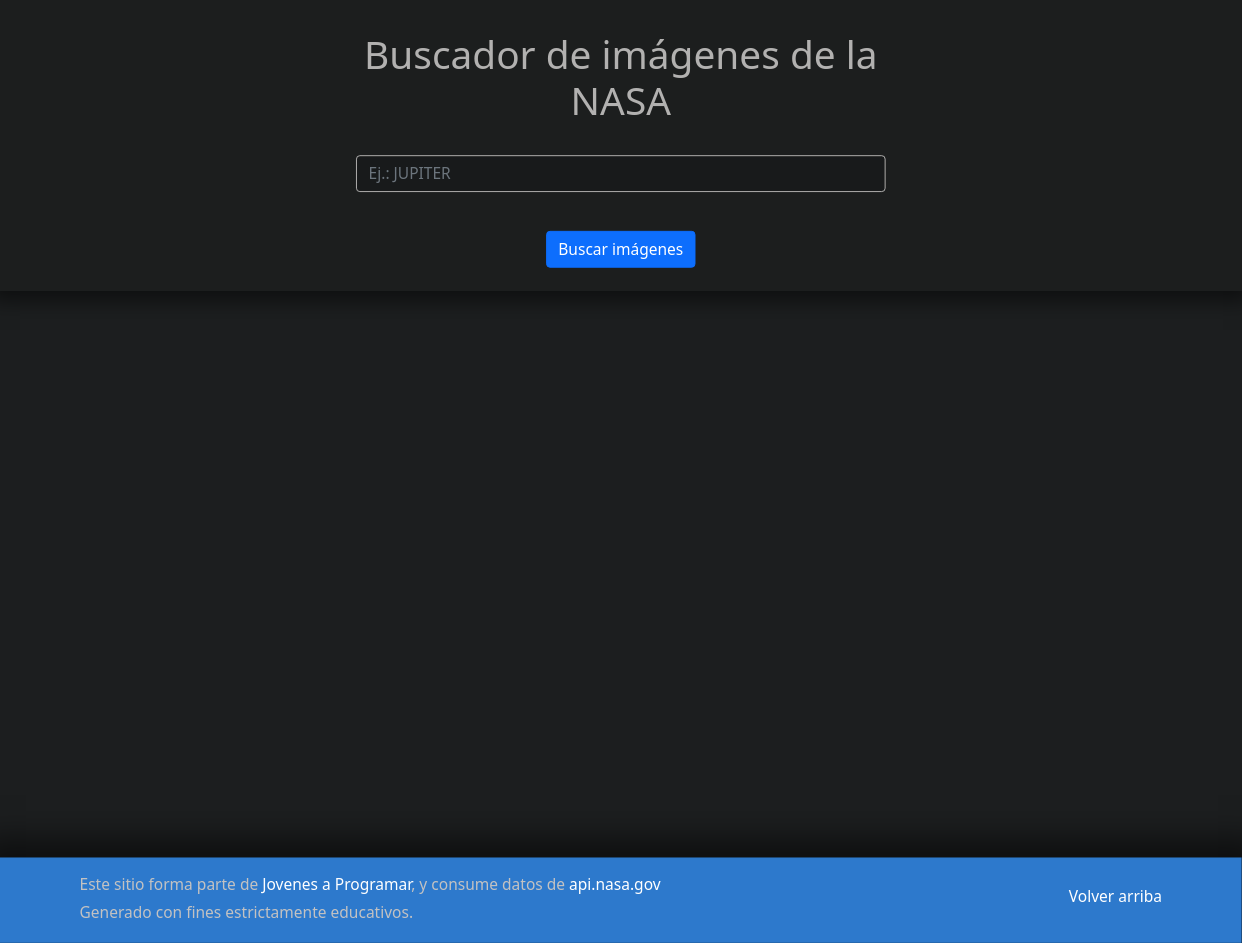
Repository: romancegirl/galaxies
Page: index.html
These files come from the project's save history. The page is drawn as it stood at one moment and after the next save; the edit follows.
The browser window is 1280 px wide. The pictures show the whole page, at 97% of full size.

Above is the page before, as saved 2024-11-30 04:49:12.

After the next save:
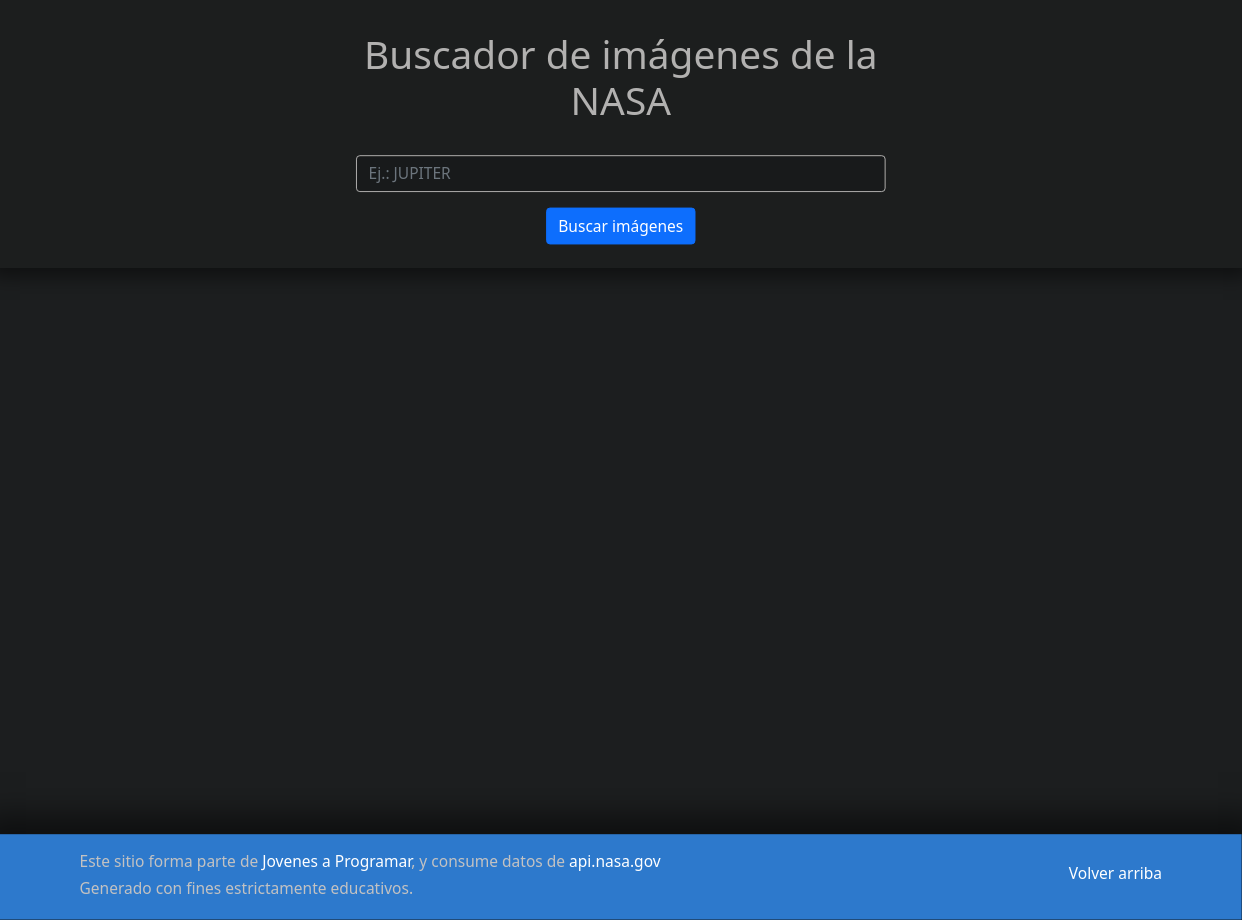
Saved 12 s later.
--- a/css/style.css
+++ b/css/style.css
@@ -18,7 +18,7 @@ main {
     box-shadow: 0 0 20px 10px rgba(0, 0, 0, 0.5);
 }
 
-h1, #inputBuscar {
+h1 {
     margin-bottom: 2rem;
 }
 
